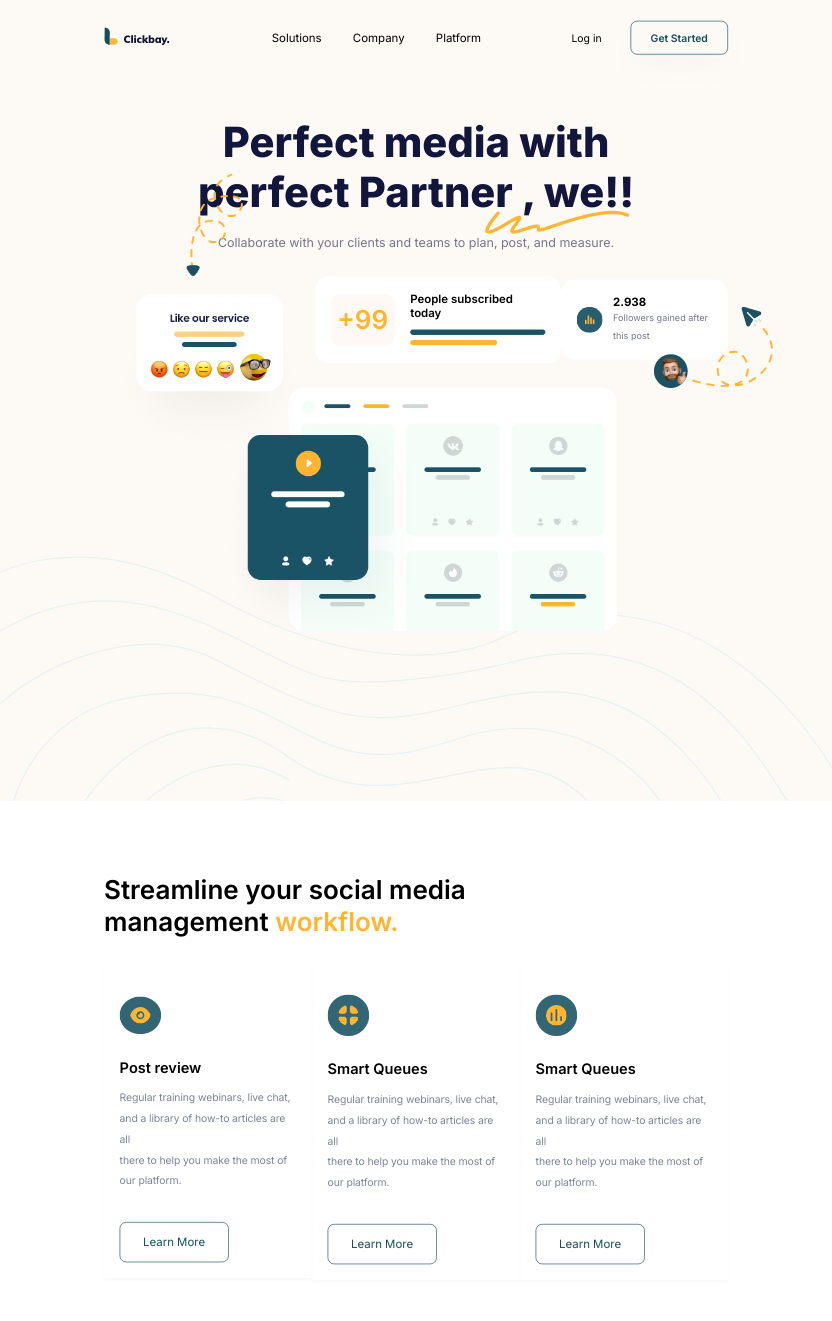
Repository: badhon252/Clickbay
Page: index.html
The author's editor kept a copy of each file at every save. The page is drawn from the files as they stood at one save, then again after the next save.
The browser window is 1280 px wide. The pictures show the whole page, at 65% of full size.
The style sheet was rebuilt from its Sass, Less or Tailwind sources for each picture, by a compiler version that may differ from the author's.

Above is the page before, as saved 2022-09-05 02:29:54.

### index.html
<!DOCTYPE html>
<html lang="en">

<head>
    <meta charset="UTF-8">
    <meta http-equiv="X-UA-Compatible" content="IE=edge">
    <meta name="viewport" content="width=device-width, initial-scale=1.0">
    <link rel="stylesheet" href="./scss/style.css">
    <title>Clickbay</title>
</head>

<body>
    <header class="">
        <img src="./images/Group 676.svg" alt="" class="header-img">
        <div class="container">


            <nav class="navbar">
                <div class="navbar_brand">
                    <img src="./images/logo.svg" alt="Image not found!">
                </div>

                <ul class="nav">
                    <li class="nav-items"><a href="" class="nav-links">Solutions</a></li>
                    <li class="nav-items"><a href="" class="nav-links">Company</a></li>
                    <li class="nav-items"><a href="" class="nav-links">Platform</a></li>
                </ul>

                <div class="nav-btns">
                    <button class="btn nav-log">Log in</button>
                    <button class="btn nav-start">Get Started</button>
                </div>
            </nav>

            <div class="header-content">
                <h1 class="h1 my-4 text-center">
                    Perfect media with <br> perfect Partner , we!!
                </h1>
                <img src="./images/Vector 735.png" alt="" class="signature text-center">
                <p class="text-center">Collaborate with your clients and teams to plan, post, and measure.</p>

                <div class="company-stat">
                    <div class="row">
                        <div class="col-md-4">
                            <img src="./images/Group 689.png" class="" alt="">
                        </div>
                        <div class="col-md-4 subscriber">
                            <span class="">+99</span>
                            <div>
                                <h2>People subscribed today</h2>
                                <img src="./images/Group 678.png" alt="">
                            </div>
                        </div>
                        <div class="col-md-4 follow">
                            <div class="follower">

                                <img src="./images/Group 1037.svg" alt="">
                                <div>
                                    <h3>2.938</h3>
                                    <p>Followers gained after this post</p>
                                </div>
                            </div>
                            <div class="following">
                                <img src="./images/Group 1041.svg" alt="">
                            </div>
                        </div>
                    </div>
                </div>

                <img src="./images/Group 933.png" alt="" class="group-933">

            </div>
        </div>
    </header>

    <section class="second_section container">
        <h2 class="h2 my-3">
            Streamline your social media <br> management <span> workflow.</span>
        </h2>
        <div class="row">

            <div class="card">
                <img src="./images/Show.svg" class="my-1" alt="">
                <h3 class="my-1">Post review</h3>
                <p class="my-1">Regular training webinars, live chat, <br> and a library of how-to articles are all<br>
                    there to help
                    you make
                    the most of<br> our platform.</p><button class="btn">
                    <a href="#">Learn More</a>
                </button>
            </div>

            <div class="card">
                <img src="./images/Category.svg" class="my-1" alt="">
                <h3 class="my-1">Smart Queues</h3>
                <p class="my-1">Regular training webinars, live chat, <br> and a library of how-to articles are all<br>
                    there to help
                    you make
                    the most of<br> our platform.</p><button class="btn">
                    <a href="#">Learn More</a>
                </button>
            </div>

            <div class="card">
                <img src="./images/Chart.svg" class="my-1" alt="">
                <h3 class="my-1">Smart Queues</h3>
                <p class="my-1">Regular training webinars, live chat, <br> and a library of how-to articles are all<br>
                    there to help
                    you make
                    the most of<br> our platform.</p><button class="btn">
                    <a href="#">Learn More</a>
                </button>
            </div>

        </div>

    </section>
</body>

</html>

### scss/style.scss
@import url("https://fonts.googleapis.com/css2?family=Inter:wght@400;600;700;800;900&display=swap");
* {
  margin: 0;
  padding: 0;
  box-sizing: border-box;
  font-family: "Inter", sans-serif;
  // font-family: 'Poppins';
}
.container {
  margin: 0 10rem;
}
.btn {
  outline: none;
  border: none;
  padding: 15px 30px;
  font-size: 1rem;
  background-color: transparent;
}
.h1 {
  font-size: 4rem;
}
.text-center {
  text-align: center;
}
// margin
.my-1 {
  margin: 1rem 0;
}
.my-2 {
  margin: 2rem 0;
}
.my-3 {
  margin: 3rem 0;
}
.my-4 {
  margin: 4rem 0;
}
.my-5 {
  margin: 5rem 0;
}

// grid system using flex

//==============================
//===================
//==============================

header {
  .row {
    display: flex;
    justify-content: space-evenly;
    align-items: center;
  }
  background-color: #fdf9f4;
  min-height: 100vh;
  position: relative;
  overflow: hidden;

  .header-img {
    position: absolute;
    bottom: 0;
    right: 0;
    z-index: 1;
    width: 100%;
  }
  .navbar {
    color: #282b4d;
    padding: 2rem 0;
    display: flex;
    justify-content: space-between;
    align-items: center;
    font-weight: 500;
    .nav {
      display: flex;
      .nav-items {
        margin-left: 3rem;
        list-style-type: none;
        .nav-links {
          text-decoration: none;
          color: black;
          font-size: 1.1rem;
          font-weight: 500;
        }
      }
    }

    .nav-start {
      border: 1px solid #1a5365;
      box-shadow: 0px 25px 35px -20px rgba(232, 236, 243, 0.5);
      border-radius: 10px;
      color: #154f61;
      font-weight: 600;
      margin-left: 10px;
    }
  }

  .header-content {
    .h1 {
      font-weight: 800;
      margin-bottom: -0.6rem;
      color: #12163c;
    }
    .signature {
      display: block;
      margin: 0 auto;
      transform: translateX(217px);
    }
    p {
      font-size: 1.2rem;
      font-weight: 500;
      line-height: 27px;
      color: #12163c94;
    }

    .company-stat {
      transform: translateY(-120px);
      .subscriber {
        display: flex;
        align-items: center;
        background-color: #fff;
        padding: 1.5rem;
        border-radius: 22px;
        span {
          font-weight: 600;
          font-size: 40px;
          line-height: 60px;
          background-color: #fef9f4;
          color: #ffb531;
          padding: 10px;
          border-radius: 15px;
          margin-right: 1.5rem;
        }
        h2 {
          font-size: 1.1rem;
          font-weight: 600;
          padding-bottom: 1rem;
        }
      }

      .follow {
        position: relative;
        z-index: 11;

        .follower {
          display: flex;
          align-items: center;
          background-color: #fff;
          padding: 1.5rem;
          border-radius: 22px;
          img {
            padding-right: 1rem;
          }
          h3 {
            font-size: 1.1rem;
          }
          p {
            font-size: 14px;
          }
        }
        .following {
          position: absolute;
          top: 42px;
          right: -70px;
        }
      }
    }

    .group-933 {
      position: relative;
      margin: 0 auto;
      top: -240px;
      display: block;
      z-index: 9999;
    }
  }
}

.second_section {
  padding: 4rem 0;
  .row {
    display: flex;
    justify-content: space-between;
    align-items: center;
  }
  h2 {
    font-size: 2.5rem;
    font-weight: 600;
    span {
      color: #ffb531;
    }
  }

  .card {
    padding: 1.5rem;
    box-shadow: rgba(0, 0, 0, 0.04) 0px 3px 5px;
    img {
      background-color: #336675;
      padding: 1rem;
      border-radius: 50%;
    }

    h3 {
      font-size: 1.4rem;
      font-weight: 600;
      line-height: 29px;
    }

    p {
      line-height: 32px;
      letter-spacing: -0.01em;
      color: #7b8498;
      margin-bottom: 3rem;
    }

    .btn {
      border: 1px solid #1a5365;
      border-radius: 10px;
      padding: 15px 35px;
      // display: none;

      &:hover {
        background-color: #000;
      }
      &:hover a {
        background-color: #000;
        color: #fff;
      }
      a {
        text-decoration: none;
        color: #154f61;
        line-height: 30px;
        font-size: 1.1rem;
        &:hover {
          background-color: #000;
          color: #fff;
        }
      }
    }
    // &:hover .btn {
    //   display: block;
    // }
  }
}

After the next save:
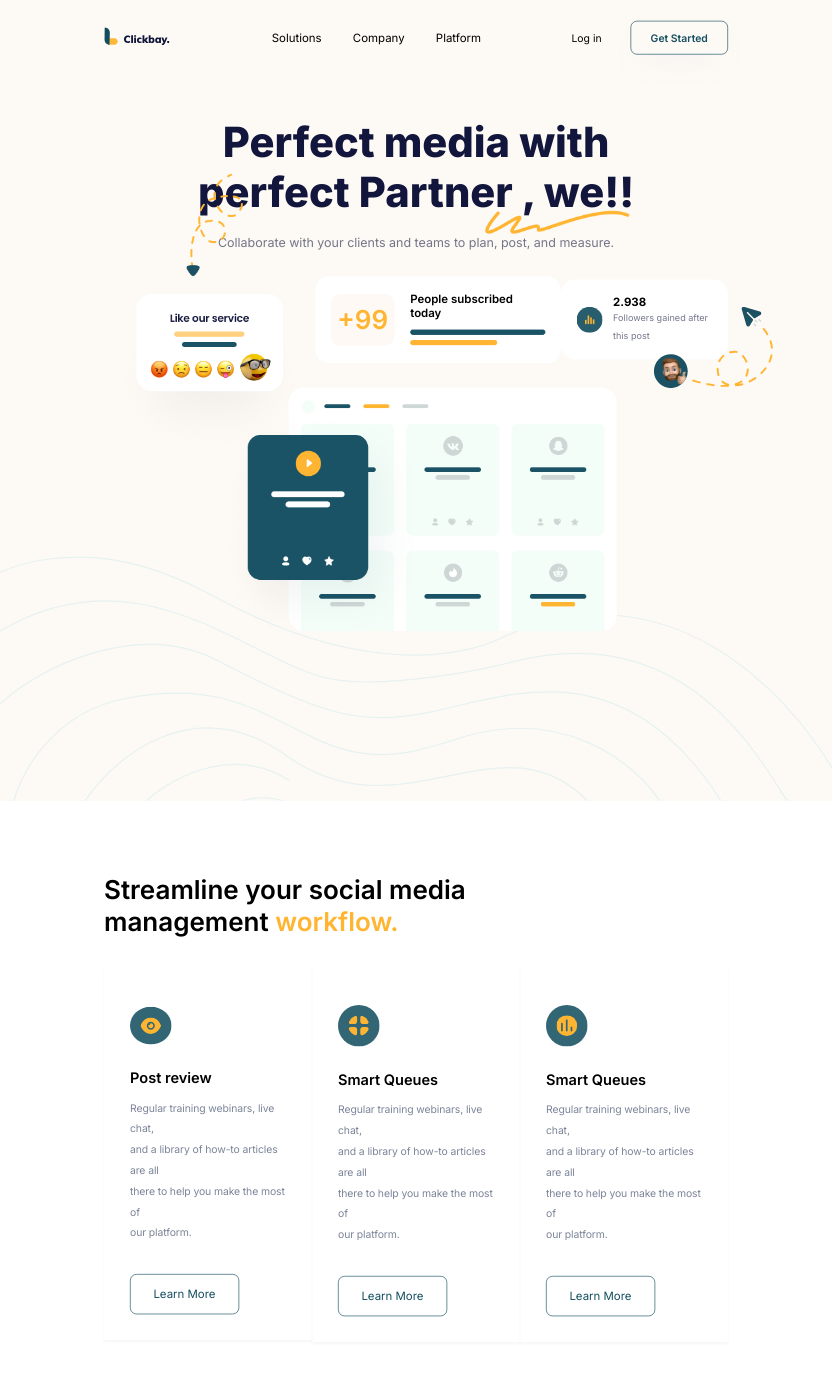
Saved 19 s later.
--- a/scss/style.scss
+++ b/scss/style.scss
@@ -191,7 +191,7 @@ header {
   }
 
   .card {
-    padding: 1.5rem;
+    padding: 2.5rem;
     box-shadow: rgba(0, 0, 0, 0.04) 0px 3px 5px;
     img {
       background-color: #336675;
